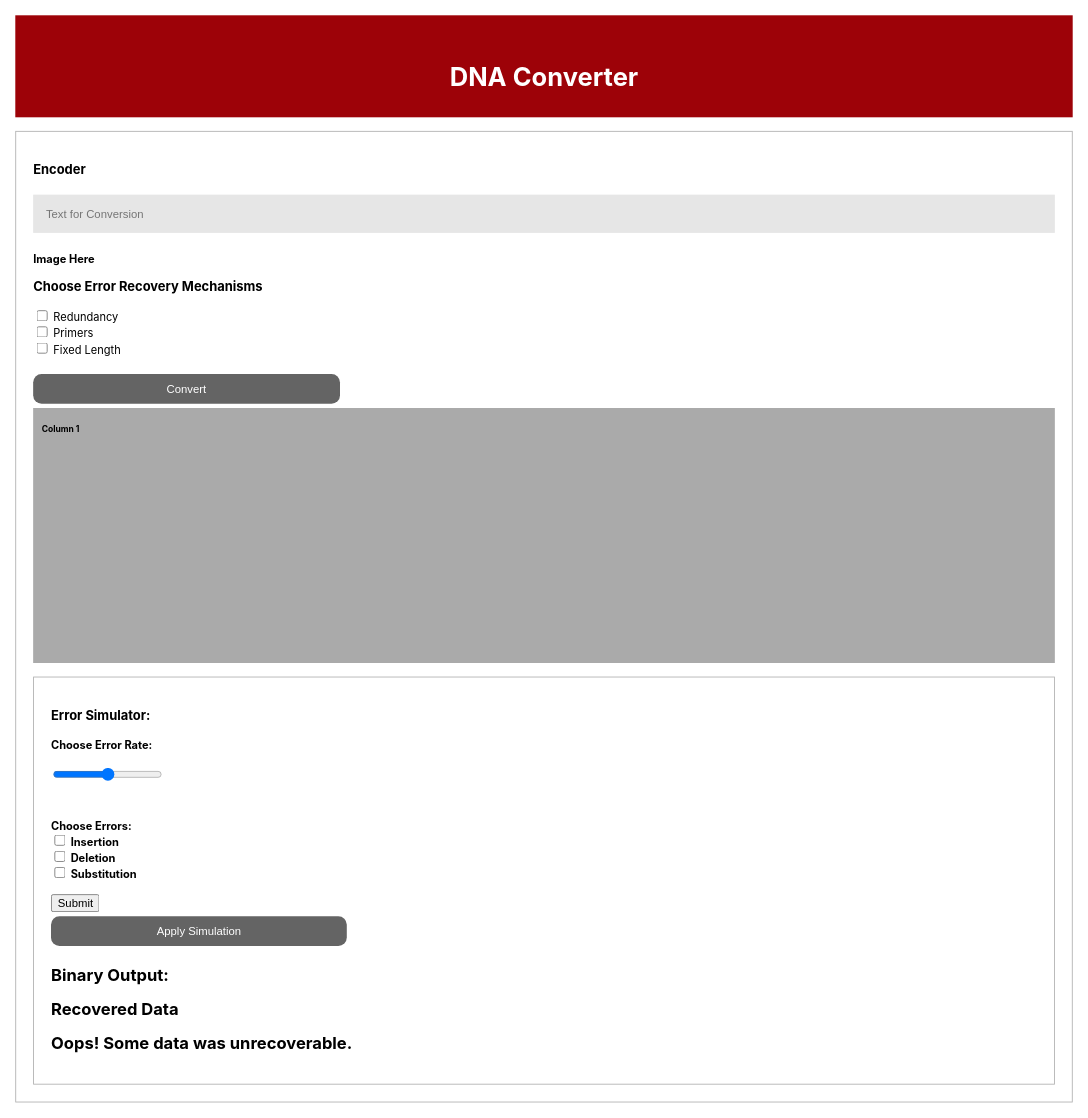
Repository: komalharjani/MSc-Thesis-DNA-Storage
Page: index.html
The author's editor kept a copy of each file at every save. The page is drawn from the files as they stood at one save, then again after the next save.
The browser window is 1280 px wide. The pictures show the whole page, at 85% of full size.

Above is the page before, as saved 2020-08-16 22:24:36.

After the next save:
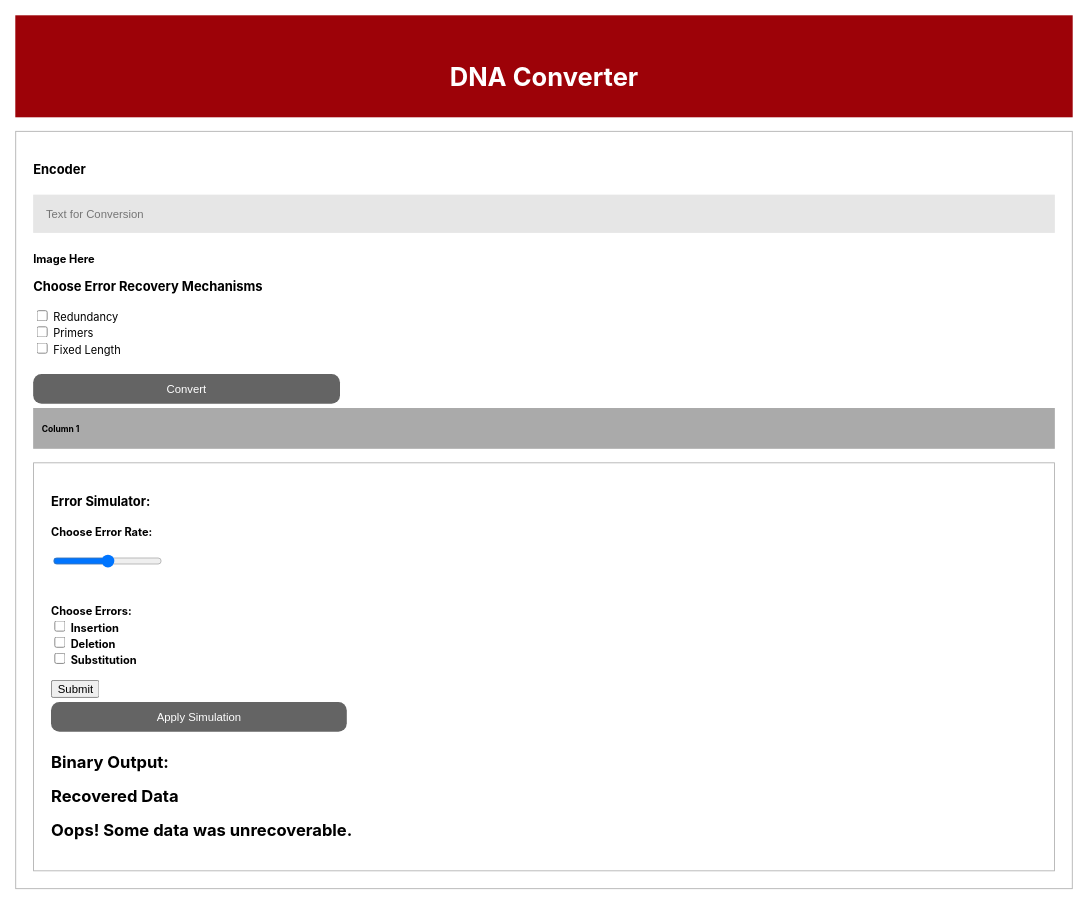
Saved 14 s later.
--- a/index.css
+++ b/index.css
@@ -121,7 +121,7 @@ input[type=text]:focus, input[type=password]:focus {
   float: left;
   width: 100%;
   padding: 10px;
-  height: 300px;
+  height: auto;
   font-size: 5pt;
   word-break:break-all;
 }
